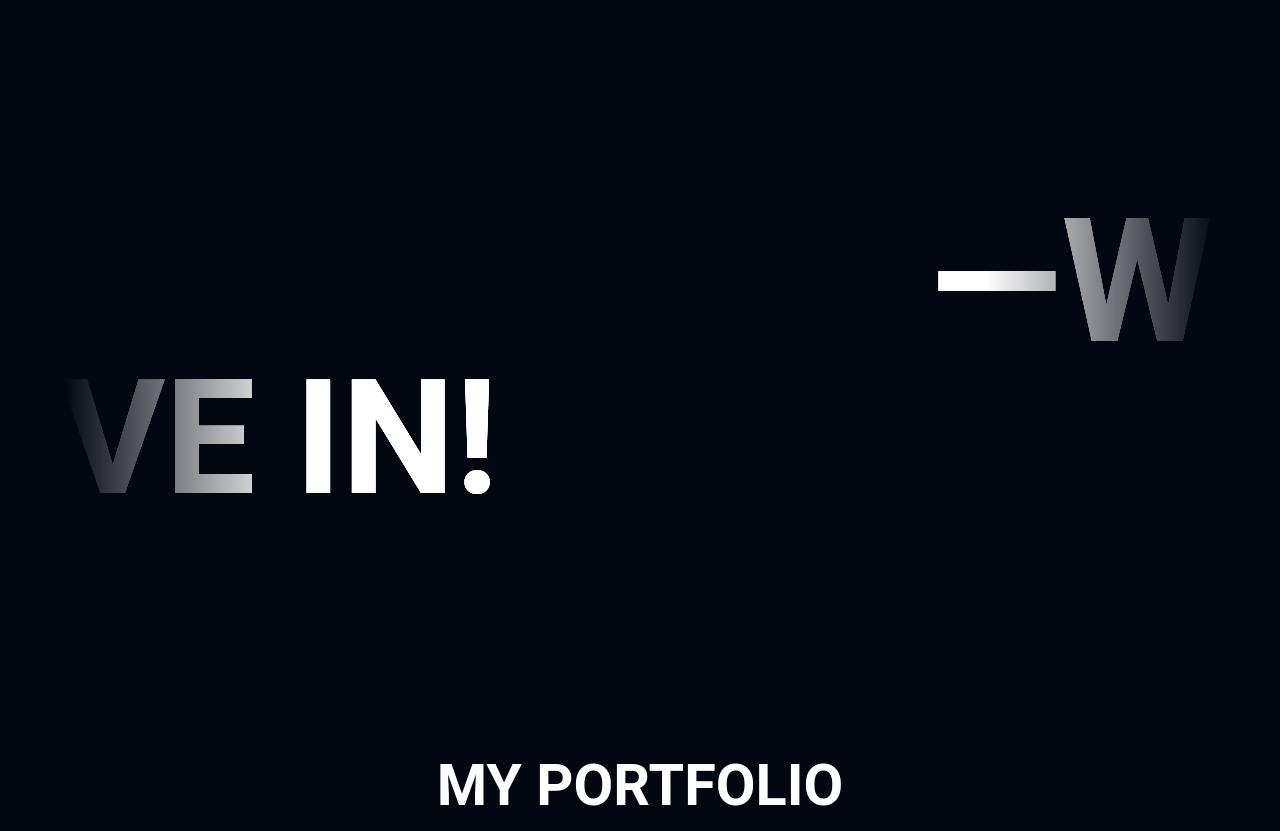
Repository: Anas-Ejaz/GBS-NEW
Page: Ahsan.html
These files come from the project's save history. The page is drawn as it stood at one moment and after the next save; the edit follows.
The browser window is 1280 px wide. The pictures show the part of the page from y = 0 to 831 px (the page is 1931 px tall).
A picture or video elsewhere on the page could not be fetched, so the positions and the page height are approximate. Some web fonts or font styles are not loaded; a fallback is used.

Above is the page before, as saved 2024-08-31 18:27:20.

### Ahsan.html
<!DOCTYPE html>
<html lang="en">

<head>
  <meta charset="UTF-8">
  <meta name="viewport" content="width=device-width, initial-scale=1.0">
  <title>Horizontal Scrolling Text Animation</title>
  <link rel="stylesheet" href="Ashan.css">
</head>

<body>
  <div class="text_scroll">
    <div class="wrapper">
      <div class="itemLeft item1">&#8213;WILD IDEAS!</div>
      <div class="itemLeft item2">&#8213;WILD IDEAS!</div>
      <div class="itemLeft item3">&#8213;WILD IDEAS!</div>
      <div class="itemLeft item5">&#8213;WILD IDEAS!</div>
    </div>
    <div class="wrapper">
      <div class="itemRight item1">&#8213;LET'S DIVE IN!</div>
      <div class="itemRight item2">&#8213;LET'S DIVE IN!</div>
      <div class="itemRight item3">&#8213;LET'S DIVE IN!</div>
      <div class="itemRight item4">&#8213;LET'S DIVE IN!</div>
    </div>
  </div>
  <!-- Portfolio---------- -->

  <section class="portfolio_sec">
    <div class="h1_port"><h1>MY PORTFOLIO</h1></div>
    <div class="portfolio">
     <div class="inner_portfolio">
        <div class="col-1">
          <div class="image image1"><img src="Picture/image1.jpg" alt=""></div>
          <div class="image image2"><img src="Picture/image1.jpg" alt=""></div>
          <div class="image image3"><img src="Picture/image1.jpg" alt=""></div>
        </div>
        <div class="col-2">
          <div class="imaged image4"><img src="Picture/image1.jpg" alt=""></div>
          <div class="imaged image5"><img src="Picture/image1.jpg" alt=""></div>
          <div class="imaged image6"><img src="Picture/image1.jpg" alt=""></div>
        </div>
      </div>
    </div>
   </section>

   <script src="https://cdnjs.cloudflare.com/ajax/libs/gsap/3.11.0/gsap.min.js"></script>
   <script src="https://cdnjs.cloudflare.com/ajax/libs/gsap/3.11.0/ScrollTrigger.min.js"></script>

   <script src="Ahsan.js"></script>
</body>

</html>

### Ashan.css
@import url('https://fonts.googleapis.com/css2?family=Days+One&display=swap');

*,
*::before,
*::after {
  box-sizing: border-box;
}

* {
  font-family: "Roboto", sans-serif;
  margin: 0;
}

body {
  background-color: #030712;
}

.text_scroll {
  height: 100vh;
  display: flex;
  flex-direction: column;
  align-items: center;
  justify-content: center;
  gap: 1rem;
}

.wrapper {
  width: 90%;
  height: 140px;
  position: relative;
  overflow: hidden;
  mask-image: linear-gradient(
    to right,
    rgba(0, 0, 0, 0),
    rgba(0, 0, 0, 1) 20%,
    rgba(0, 0, 0, 1) 80%,
    rgba(0, 0, 0, 0)
  );
  display: flex;
  align-items: center;
}

@keyframes scrollLeft {
  from {
    transform: translateX(100%);
  }
  to {
    transform: translateX(-100%);
  }
}

@keyframes scrollRight {
  from {
    transform: translateX(-100%);
  }
  to {
    transform: translateX(100%);
  }
}

.itemLeft
 {
  font-size: 13.5vw;
  font-weight: bold;
  color: white;
  white-space: nowrap;
  position: absolute;
  width: 100vw;
  text-align: center;
  animation-name: scrollLeft;
  animation-timing-function: linear;
  animation-duration: 30s;
  animation-iteration-count: infinite;
}
.itemRight{
  font-size: 12.5vw;
  font-weight: bold;
  color: white;
  white-space: nowrap;
  position: absolute;
  width: 100vw;
  text-align: center;
  animation-name: scrollRight;
  animation-timing-function: linear;
  animation-duration: 30s;
  animation-iteration-count: infinite;
}

/* -----Portfolios-------- */

.h1_port{
  color: white;
  font-size: 3vw;
  text-align: center;
  padding: 2rem;
}
.portfolio {
  display: flex;
  justify-content: center;
  align-items: center;
  height: 150vh;
  /* background-color: #f0f0f0; */
}

.inner_portfolio {
  display: flex;
  justify-content: space-around;
  align-items: center;
  width: 80%;
}

.col-1,
.col-2 {
  display: flex;
  flex-direction: column;
  align-items: center;
}

.image {
  position: relative;
  width: 30vw;
  height: 40vh;
  border-radius: 1rem;
  margin: 10px;
  overflow: hidden;
}
.image img{
  background-size: cover;
  background-position: center;
  width: 100%;
}

.imaged {
  position: relative;
  width: 30vw;
  height: 40vh;
  border-radius: 1rem;
  margin: 10px;
overflow: hidden;
}
.imaged img{
  background-size: cover;
  background-position: center;
  width: 100%;
}

### Ahsan.js
console.log("Woring")

gsap.registerPlugin(ScrollTrigger);

tl = gsap.timeline()

tl.from('.image1',
    {
        scrollTrigger: {
            trigger: '.image1',
            start: 'top 80%',
            end: 'top 30%',
            scrub: 1,

        },
        filter: "blur(5px)",
        duration: 1,
        x: -150,
    })

gsap.from('.image4',
    {
        scrollTrigger: {
            trigger: '.image4',
            start: 'top 80%',
            end: 'top 30%',
            scrub: 1,

        },
        filter: "blur(5px)",
        duration: 1,
        x: 150,
    })


gsap.timeline().from('.image2',
    {
        scrollTrigger: {
            trigger: '.image2',
            start: 'top 90%',
            end: 'top 40%',
            scrub: 1,

        },
        filter: "blur(5px)",
        delay: 1,
        opacity: 0,            // End opacity
        duration: 1,         // Duration of each blink phase
    })

gsap.timeline().from('.image5',
    {
        scrollTrigger: {
            trigger: '.image5',
            start: 'top 90%',
            end: 'top 40%',
            scrub: 1,

        },
        filter: "blur(5px)",
        delay: 1,
        opacity: 0,            // End opacity
        duration: 1,         // Duration of each blink phase
    })
    gsap.timeline().from('.image3',
        {
            scrollTrigger: {
                trigger: '.image3',
                start: 'top 90%',
                end: 'top 40%',
                scrub: 1,

            },
            filter: "blur(5px)",
            delay: 1,
            opacity: 0,            // End opacity
            duration: 1,         // Duration of each blink phase
        })

    gsap.timeline().from('.image6',
        {
            scrollTrigger: {
                trigger: '.image6',
                start: 'top 90%',
                end: 'top 40%',
                scrub: 1,

            },
            filter: "blur(5px)",
            delay: 1,
            opacity: 0,            // End opacity
            duration: 1,         // Duration of each blink phase
        })

After the next save:
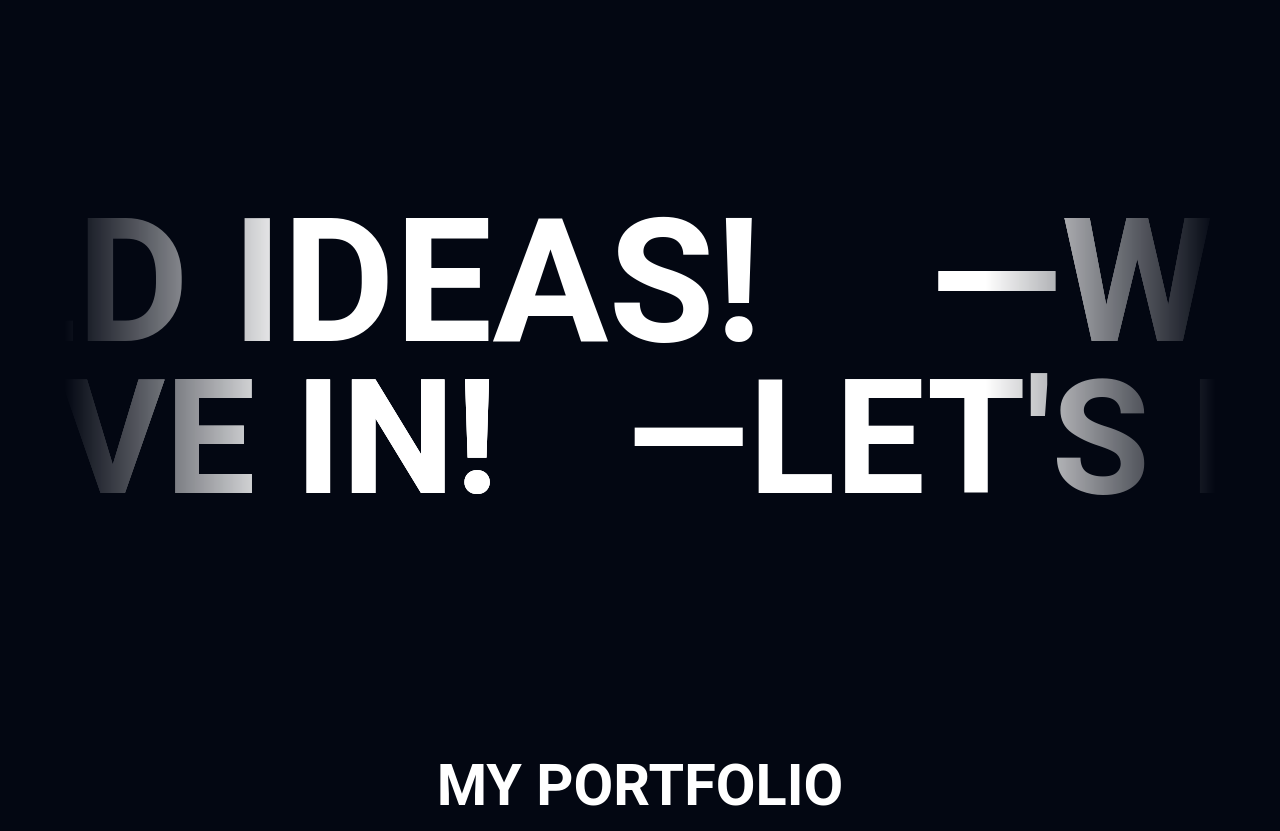
Saved 13 s later.
--- a/Ashan.css
+++ b/Ashan.css
@@ -85,6 +85,20 @@ body {
   animation-duration: 30s;
   animation-iteration-count: infinite;
 }
+.item1 {
+  animation-delay: 0s;
+}
+
+.item2 {
+  animation-delay: -15s;
+}
+
+.item3 {
+  animation-delay: -30s;
+}
+
+.image4 {
+}
 
 /* -----Portfolios-------- */
 
